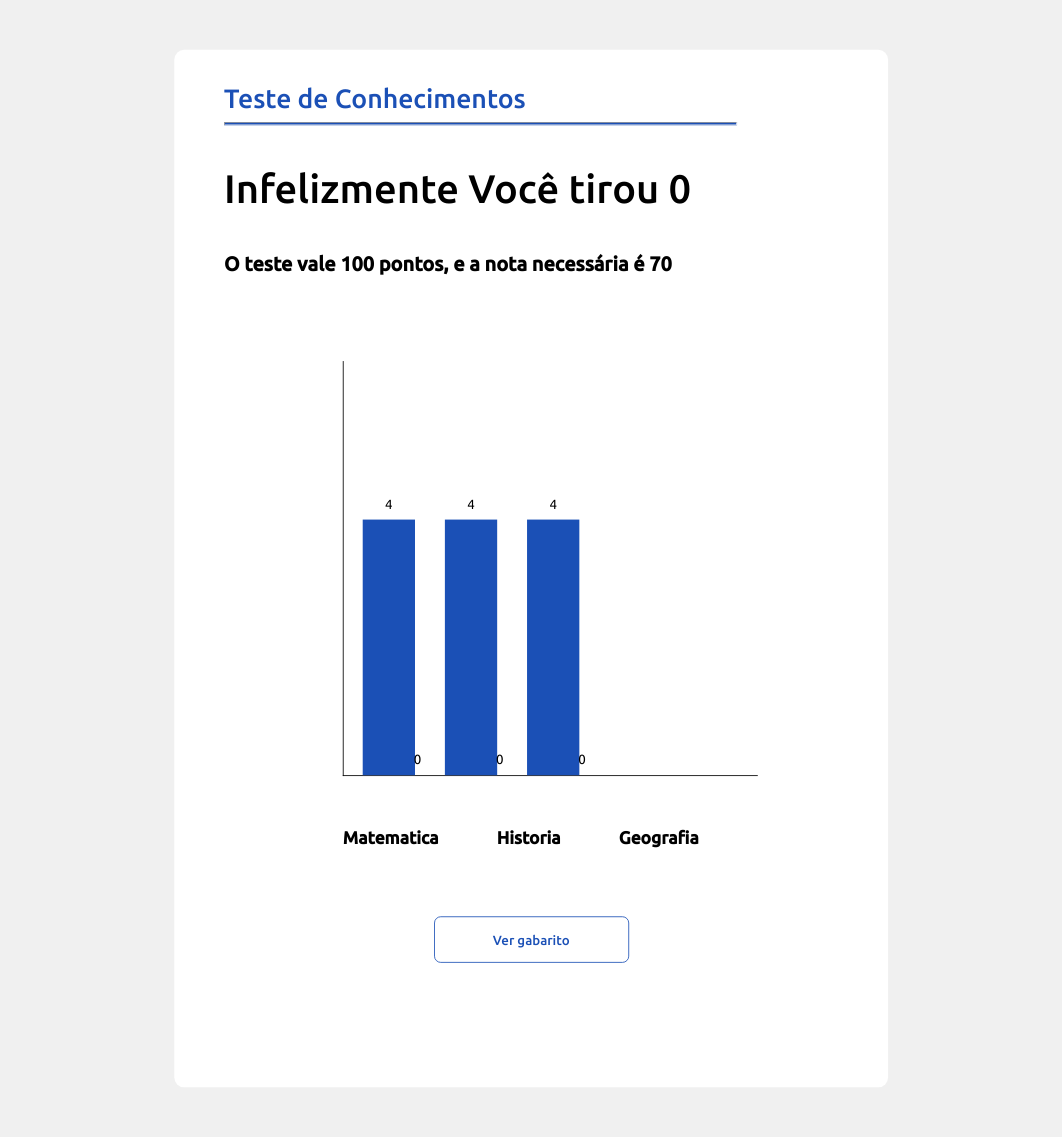
Repository: Delei09/desafioPerguntas
Page: /resultado (app in frontend/)
An editor plug-in stored every save of this project. The page is shown before and after the next save, followed by the edit.
The browser window is 1280 px wide. The pictures show the whole page, at 83% of full size.
The project was rebuilt for these pictures with package versions that can differ from the ones it lists, and the page was loaded fresh each time. A package was used in the major version that the imports need, not the one package.json lists. Also part of the build but not shown: frontend/src/styles/home.scss, frontend/src/page/Home.tsx, frontend/src/styles/gabarito.scss, frontend/src/page/Gabarito.tsx.

Above is the page before, as saved 2021-08-19 16:57:23.

After the next save:
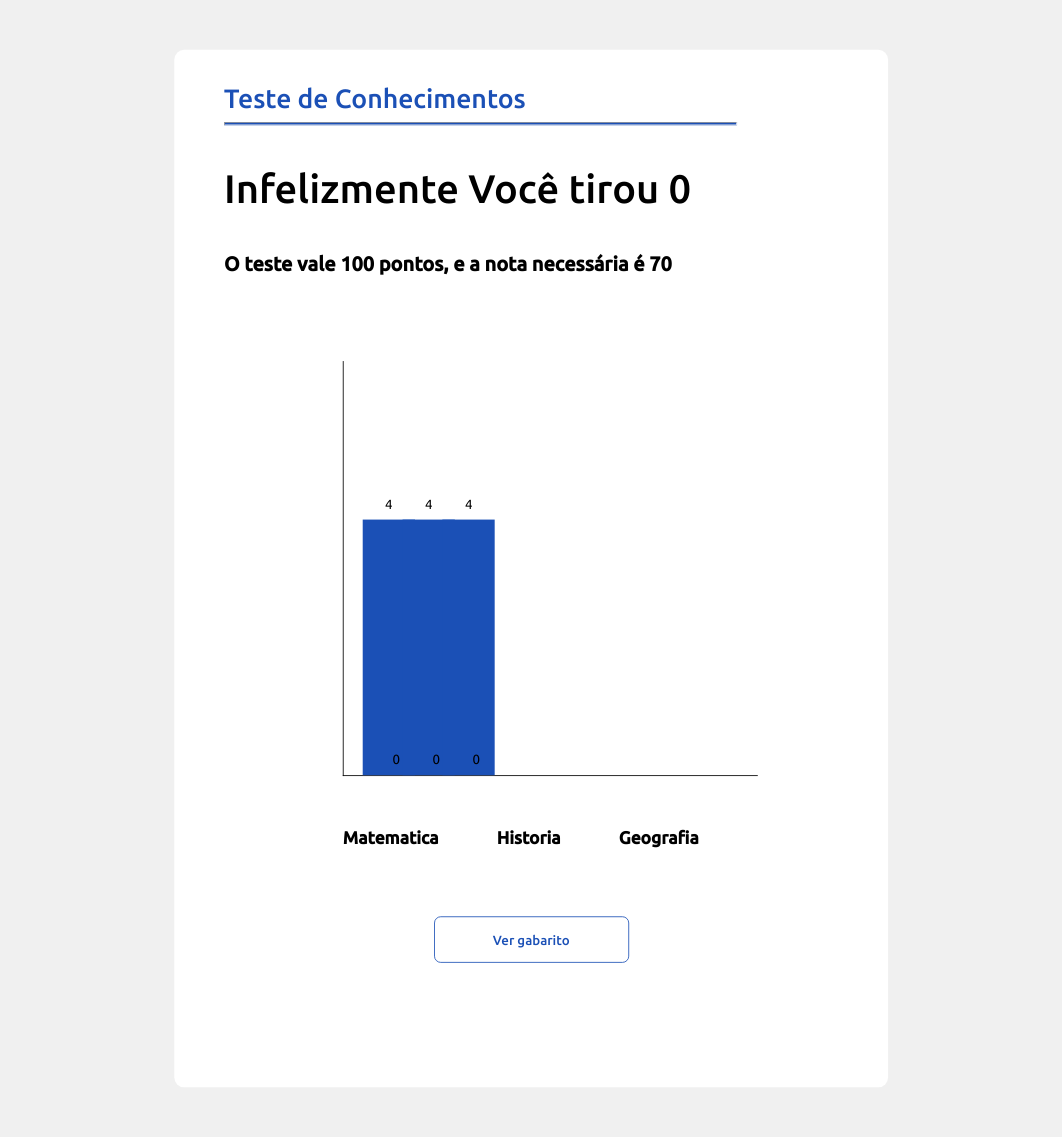
Saved 37 s later.
--- a/frontend/src/page/Resultado.tsx
+++ b/frontend/src/page/Resultado.tsx
@@ -19,17 +19,17 @@
 const { perguntasGeografia, perguntasHistoria,perguntasMatematica } = useContext(ContextPerguntas)
 
 const respGraficoMat = {
-    width: '60px',
+    width: '600%',
     'background-color': '#9EBAEF' ,
     height: `${resultadoMatematica.length * 77}px`
 }
 const respGraficoHis = {
-    width: '60px',
+    width: '600%',
     'background-color': '#9EBAEF' ,
     height: `${resultadoHistoria.length * 77}px`
 }
 const respGraficoGeo = {
-    width: '60px',
+    width: '600%',
     'background-color': '#9EBAEF' ,
     height: `${resultadoGeografia.length * 77}px`
 }

After the save that followed:
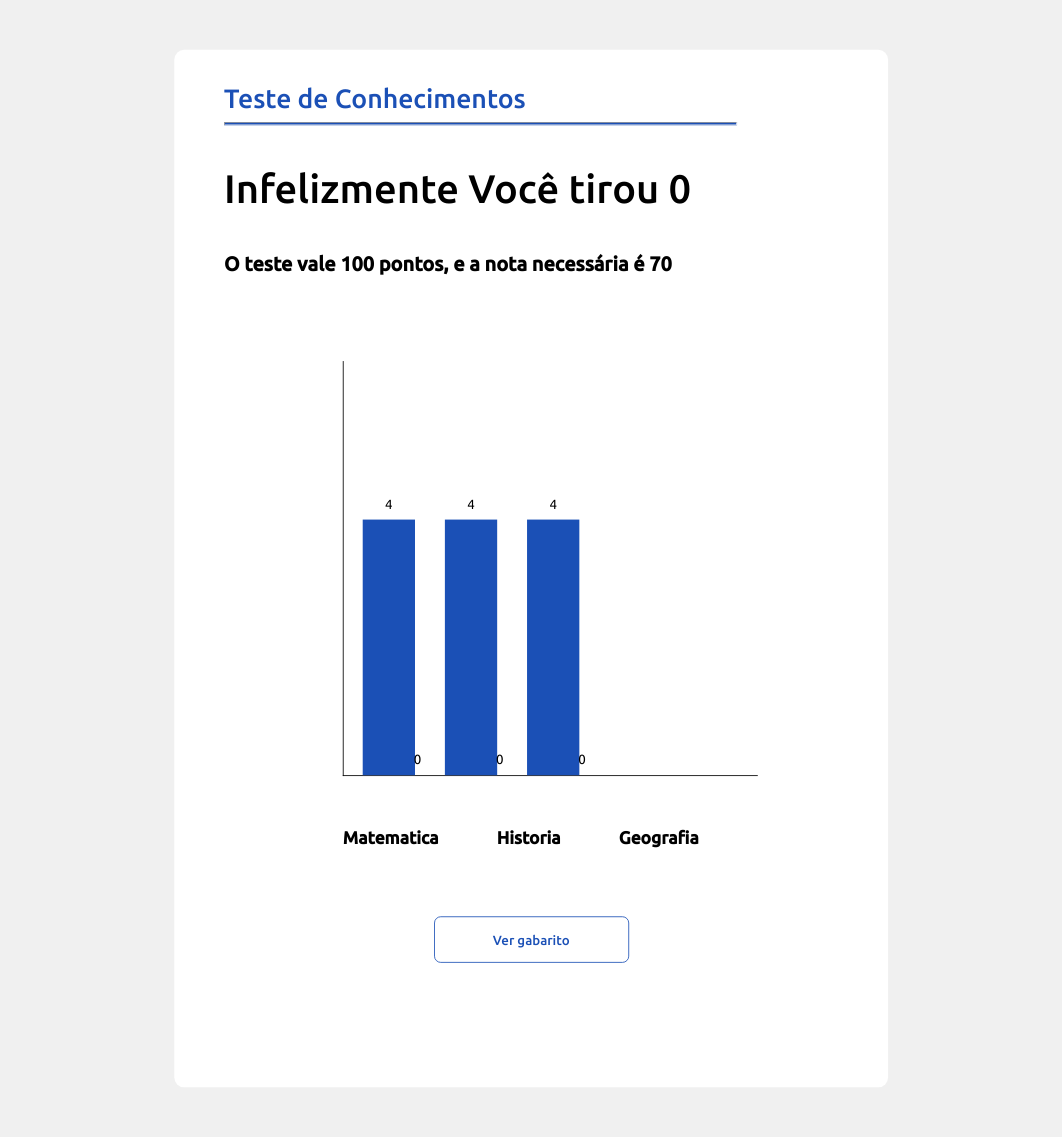
Saved 7 s later.
--- a/frontend/src/page/Resultado.tsx
+++ b/frontend/src/page/Resultado.tsx
@@ -19,17 +19,17 @@
 const { perguntasGeografia, perguntasHistoria,perguntasMatematica } = useContext(ContextPerguntas)
 
 const respGraficoMat = {
-    width: '600%',
+    width: '60px',
     'background-color': '#9EBAEF' ,
     height: `${resultadoMatematica.length * 77}px`
 }
 const respGraficoHis = {
-    width: '600%',
+    width: '60px',
     'background-color': '#9EBAEF' ,
     height: `${resultadoHistoria.length * 77}px`
 }
 const respGraficoGeo = {
-    width: '600%',
+    width: '60px',
     'background-color': '#9EBAEF' ,
     height: `${resultadoGeografia.length * 77}px`
 }
